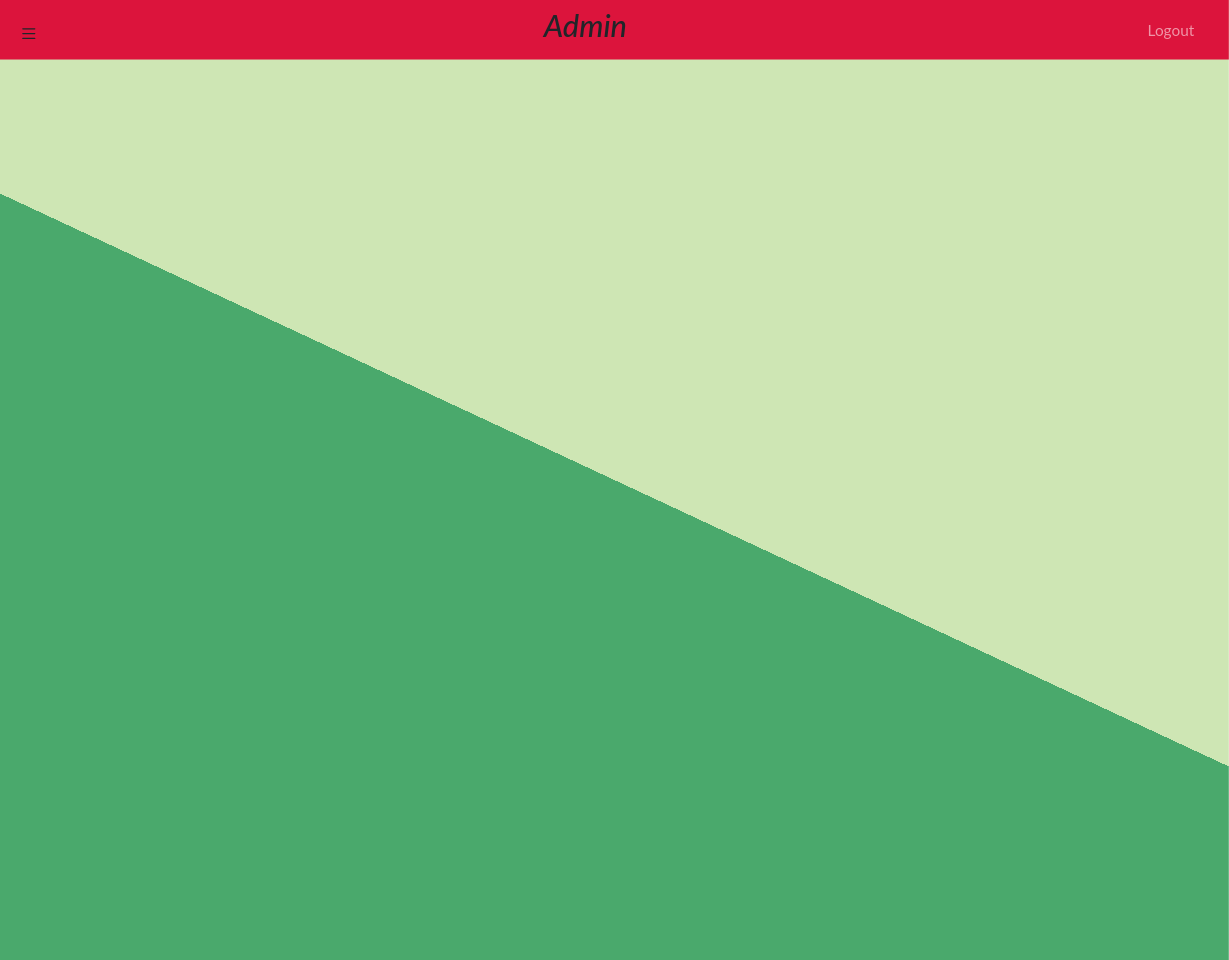
Repository: AASHRITH1903/e-gate
Page: http://localhost/admin/dashboard/profile
The author's editor kept a copy of each file at every save. The page is drawn from the files as they stood at one save, then again after the next save.
The browser window is 1280 px wide. The pictures show the whole page, at 96% of full size.
The page is served by the project's Node server (app.js). Other server files are loaded and not shown.

Above is the page before, as saved 2021-07-19 18:09:45.

### views/Admin/profile.ejs
<!DOCTYPE html>
<html lang="en">

  <head>
        <%- include("../partials/admin.head.ejs", {title : "Profile"}) %>
        <style type="text/css">


            body {
              background-image: -webkit-linear-gradient(65deg, #4AA96C 50%, #CEE6B4 50%);
              min-height: 1000px;
            }

            #ui {
              background-color: #333;
              padding: 30px;
              margin-top: 10px;
              border-radius: 10px;
              opacity: 0.9;
              font-weight: bold;
            }

            #ui label,
            h1 {
              color: #fff;
            }
          </style>
          <link rel="stylesheet" href="/static/css/profileStyle.css">
  </head>

  <body>

            <%- include('../partials/admin.nav.ejs') %>

  </body>
</html>

### views/partials/admin.head.ejs
<!-- Required meta tags -->
<meta charset="utf-8" />
<meta name="viewport" content="width=device-width, initial-scale=1" />

<link rel="stylesheet" type="text/css" href="/static/css/admin.css" />
<!-- Bootstrap CSS -->
<link href="https://cdn.jsdelivr.net/npm/bootstrap@5.0.2/dist/css/bootstrap.min.css" rel="stylesheet" integrity="sha384-EVSTQN3/azprG1Anm3QDgpJLIm9Nao0Yz1ztcQTwFspd3yD65VohhpuuCOmLASjC" crossorigin="anonymous"/>

<title> <%= title %></title>

### views/partials/admin.nav.ejs

<div id="mySidenav" class="sidenav my-sidenav">
    <a href="javascript:void(0)" class="closebtn" onclick="closeNav()">&times;</a>
    <a href="/admin/dashboard">Home</a>
    <a href="/admin/dashboard/profile">Profile</a>
    <a href="/admin/dashboard/outing_requests">Outing Requests</a>
    <a href="/admin/dashboard/create_student">Create Student</a>
    <a href="/admin/dashboard/outer_status">Outer status</a>
</div>

<nav class="navbar navbar-dark my-navbar ">
    <span onclick="openNav()">
        <svg xmlns="http://www.w3.org/2000/svg" width="20" height="20" fill="currentColor" class="bi bi-list" viewBox="0 0 16 16">
            <path fill-rule="evenodd" d="M2.5 12a.5.5 0 0 1 .5-.5h10a.5.5 0 0 1 0 1H3a.5.5 0 0 1-.5-.5zm0-4a.5.5 0 0 1 .5-.5h10a.5.5 0 0 1 0 1H3a.5.5 0 0 1-.5-.5zm0-4a.5.5 0 0 1 .5-.5h10a.5.5 0 0 1 0 1H3a.5.5 0 0 1-.5-.5z"/>
        </svg>
    </span>

    <h2 style="font-style: italic;">Admin</h2>
    <ul class="navbar-nav px-3">
    <li class="nav-item text-nowrap">
        <a class="nav-link" href="/">Logout</a>
    </li>
    </ul>
</nav>

### app.js
//jshint esversion:6
// library
const express = require("express");
const app = express();
const cors = require("cors");
const path = require("path")
const mongoose = require('mongoose')
const bcrypt = require("bcrypt");

// Routers
const AdminRouter = require("./routes/admin_routes")
const StudentRouter = require("./routes/student_routes")

//middleware
app.set(cors());
app.use(express.json());
app.use(express.urlencoded());

app.set('view engine', 'ejs');
app.use('/static', express.static(path.join(__dirname, '/public')));


// db connection

const URI = 'mongodb+srv://devuser:devuser@cluster0.frefb.mongodb.net/Egate?retryWrites=true&w=majority'
mongoose.connect(URI, {
  useNewUrlParser: true,
  useUnifiedTopology: true,
  useFindAndModify: false
})
mongoose.connection.once('open', () => console.log("Database connection established"))
mongoose.set('useFindAndModify',false);

//routes

app.get("/", function(req, res){
  let data = 0;
  data = 0;
  res.render('Home/index', {
    data
  });
});

app.use("/admin", AdminRouter);
app.use("/student",StudentRouter);


app.listen(3000, function(){
  console.log("Server started on port 3000.");
});

### routes/admin_routes.js
const router = require("express").Router();
const path = require("path")
const mongoose = require("mongoose")

const Admin = require("../models/admin.model")
const Request = require('../models/request.model')
const Student = require('../models/student.model')

let id;

router.route('/login').get((req, res) => {
        //res.sendFile(path.join(__dirname , '..' , 'views', 'LoginForms', 'AdminLogin.html'))
        res.render('LoginForms/AdminLogin')
})

router.route('/login/check').post((req, res) => {
        let username = req.body.username;
        let password = req.body.password;

        console.log(username, password);

        Admin.findOne({ username, password }, (err, doc) => {
                if (err) {
                        console.log(err);
                } else if (!doc) {
                        console.log("admin not found");
                        res.redirect('/admin/login')
                } else {
                        id=doc.id;
                        res.redirect('/admin/dashboard')
                }
        })

})

router.route('/dashboard').get((req, res) => {
        Admin.findById(id, (err, doc) =>{
                if(err) {
                        console.log(err);
                } else if(!doc) {
                        console.log("admin not found");
                }
                else {
                        res.render('Admin/dashboard', {data: doc})
                }
        })
})

router.route('/dashboard/profile').get((req, res) => {
        res.render('Admin/profile')
})

router.route('/dashboard/outing_requests').get((req, res) => {

        Request.find({}, (err, docs) => {
                if (err) {
                        console.log(err);
                } else if (!docs) {
                        console.log("doc not found");
                } else {
                        console.log(docs);
                        res.render('Admin/outing_requests', { requests: docs })
                }
        })
})

router.route('/dashboard/outing_requests/accepted/:id').get((req, res) => {
        Request.findByIdAndUpdate(req.params.id, { req_status: "accepted", outing_status: "In" }, (err, doc) => {
                if (err) {
                        console.log(err);
                } else {
                        console.log("updated succesfully : ");
                        console.log(doc);
                        res.redirect('/admin/dashboard/outing_requests')
                }
        })
})

router.route('/dashboard/create_student').get((req, res) => {
        res.render('Admin/create_student')
})

router.route('/dashboard/create_student/create').post((req, res) => {
        let username = req.body.username;
        let password = req.body.password;
        let email = req.body.email;
        console.log(username, password, email);
        const studentData = new Student({
                username: username,
                bloodgroup: '',
                phonenumber: '',
                password: password,
                email: email,
                gender: ''
        })
        studentData.save(function(err, book) {
                if (err) return console.error(err);
                console.log(`new student ${studentData.username} created`);
              });
        res.redirect('/admin/dashboard/create_student')
})

router.route('/dashboard/outer_status').get((req, res) => {
        Request.find({}, (err, docs) => {
                if (err) {
                        console.log(err);
                } else if (!docs) {
                        console.log("doc not found");
                } else {
                        console.log(docs);
                        req_ids = []
                        docs.forEach((doc) => {
                                req_ids.push(mongoose.Types.ObjectId(doc.request_id))
                        })
                        Request.find({ '_id': { $in: req_ids } }, (err, accepted_requests) => {
                                console.log("safasf",accepted_requests);
                                res.render("Admin/outer_status", { reqs: accepted_requests })
                        })


                        /*res.render('path_to_ejs' , {
                                name : "aasrith",
                                username : "jdnkjvn",
                                ph : 'djsbkjs'
                        })

                        <%= name %>
                        <%= username %>
                        <%= name %>*/

                }
        })
})

module.exports = router;

### public/css/admin.css
/* The side navigation menu */
.sidenav {
  height: 100%; /* 100% Full-height */
  width: 0; /* 0 width - change this with JavaScript */
  position: fixed; /* Stay in place */
  z-index: 1; /* Stay on top */
  top: 0; /* Stay at the top */
  left: 0;
  background-color: #111; /* Black*/
  overflow-x: hidden; /* Disable horizontal scroll */
  padding-top: 60px; /* Place content 60px from the top */
  transition: 0.5s; /* 0.5 second transition effect to slide in the sidenav */
}

/* The navigation menu links */
.sidenav a {
  padding: 8px 8px 8px 32px;
  text-decoration: none;
  font-size: 18px;
  color: #818181;
  display: block;
  transition: 0.3s;
}

/* When you mouse over the navigation links, change their color */
.sidenav a:hover {
  color: #f1f1f1;
}

/* Position and style the close button (top right corner) */
.sidenav .closebtn {
  position: absolute;
  top: 0;
  right: 25px;
  font-size: 36px;
  margin-left: 50px;
}



/* On smaller screens, where height is less than 450px, change the style of the sidenav (less padding and a smaller font size) */
@media screen and (max-height: 450px) {
  .sidenav {
    padding-top: 15px;
  }
  .sidenav a {
    font-size: 18px;
  }
}


.my-navbar {
  background-color: crimson;
  padding: 20px;
  margin-bottom: 20px;
}
.my-navbar span{
   font-size: 30px;
}

.my-sidenav {
  top: 0;
}

.inside {
  padding : 50px;
}

### public/css/profileStyle.css
body {
  font-family: "Lato", sans-serif;
}

.sidenav {
  height: 100%;
  width: 0;
  position: fixed;
  z-index: 1;
  top: 0;
  left: 0;
  background-color: #333;
  overflow-x: hidden;
  transition: 0.5s;
  padding-top: 60px;
}

.sidenav a {
  padding: 8px 8px 8px 32px;
  text-decoration: none;
  font-size: 25px;
  color: #818181;
  display: block;
  transition: 0.3s;
}

.sidenav a:hover {
  color: #f1f1f1;
}

.sidenav .closebtn {
  position: absolute;
  top: 0;
  right: 25px;
  font-size: 36px;
  margin-left: 50px;
}

#main {
  transition: margin-left .5s;
  padding: 16px;
}

@media screen and (max-height: 450px) {
  .sidenav {padding-top: 15px;}
  .sidenav a {font-size: 18px;}
}

After the next save:
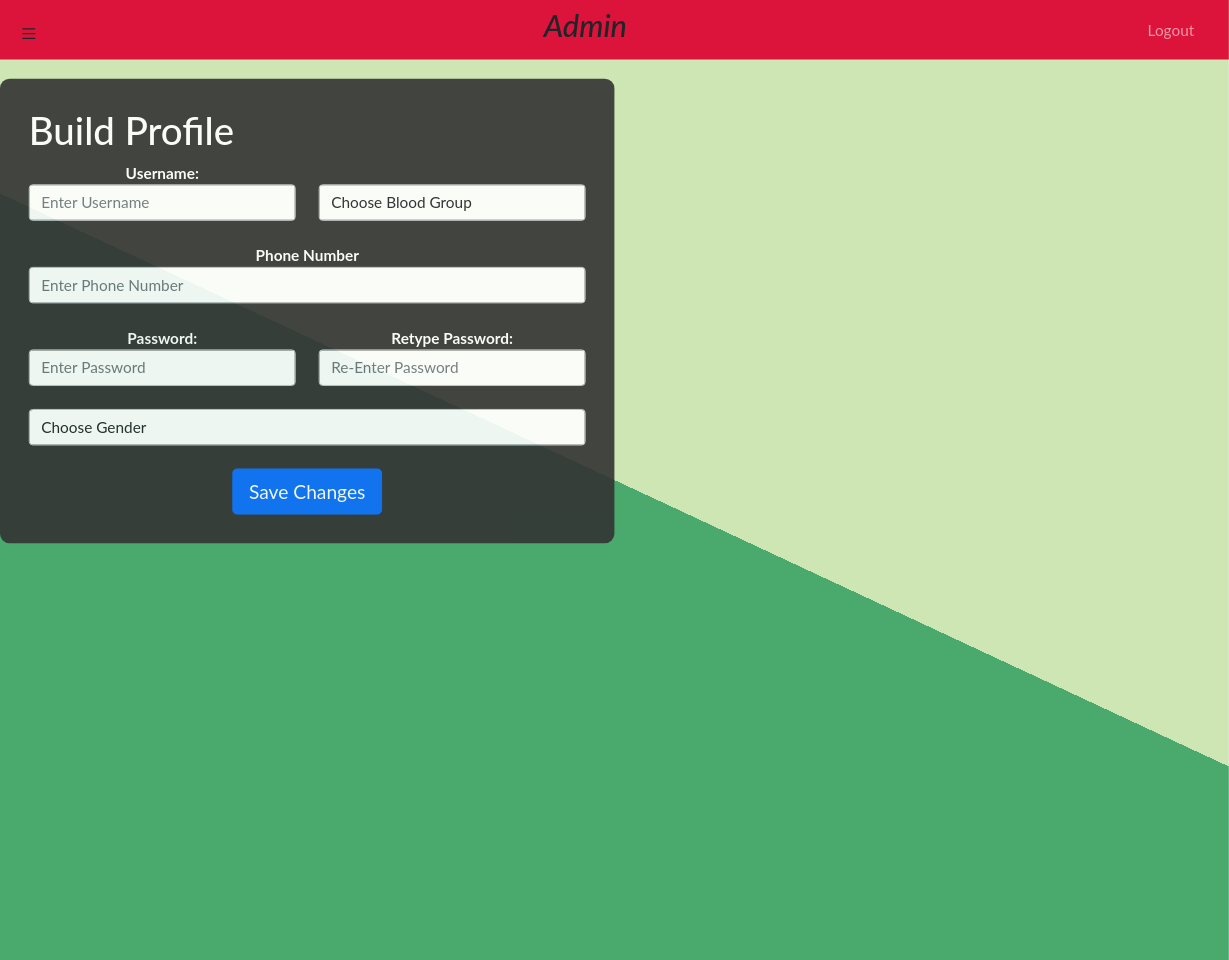
Saved 42 s later.
--- a/views/Admin/profile.ejs
+++ b/views/Admin/profile.ejs
@@ -31,6 +31,57 @@
   <body>
 
             <%- include('../partials/admin.nav.ejs') %>
+            <div class="col-lg-6">
+                <div id="ui">
+                  <h1>Build Profile</h1>
+                  <form class="form-group text-center" action="/student/dashboard/editprofile/update" method="post">
+                    <div class="row">
+                      <div class="col-lg-6">
+                        <label for="">Username:</label>
+                        <input type="text" name="username" class="form-control" placeholder="Enter Username">
+                      </div>
+                      <div class="col-lg-6">
+                        <label for="empty-space"></label>
+                        <select class="form-control" name="bloodgroup">
+                          <option>Choose Blood Group</option>
+                          <option>B +ve</option>
+                          <option>A -ve</option>
+                          <option>O +ve</option>
+                        </select>
+                        <!-- <label for="">Blood Group:</label>
+                        <input type="text" name="bloodgroup" class="form-control" placeholder="Select Blood Group"> -->
+                      </div>
+                    </div>
+                    <br>
+                    <label>Phone Number</label>
+                    <input type="text" name="phonenumber" class="form-control" placeholder="Enter Phone Number">
+                    <br>
+                    <div class="row">
+                      <div class="col-lg-6">
+                        <label for="">Password:</label>
+                        <input type="password" name="password" class="form-control" placeholder="Enter Password">
+                      </div>
+                      <div class="col-lg-6">
+                        <label for="">Retype Password:</label>
+                        <input type="password" name="reTypePassword" class="form-control" placeholder="Re-Enter Password">
+                      </div>
+                    </div>
+                    <br>
+                    <select class="form-control" name="gender">
+                      <option>Choose Gender</option>
+                      <option>Male</option>
+                      <option>Female</option>
+                      <option>Others</option>
+                    </select>
+                    <br>
+                    <input type="submit" name="submit" value="Save Changes" class="btn btn-primary btn-lg">
+                  </form>
+                </div>
+              </div>
+
+              <div class="col-lg-3"></div>
+            </div>
+          </div>
 
   </body>
 </html>
